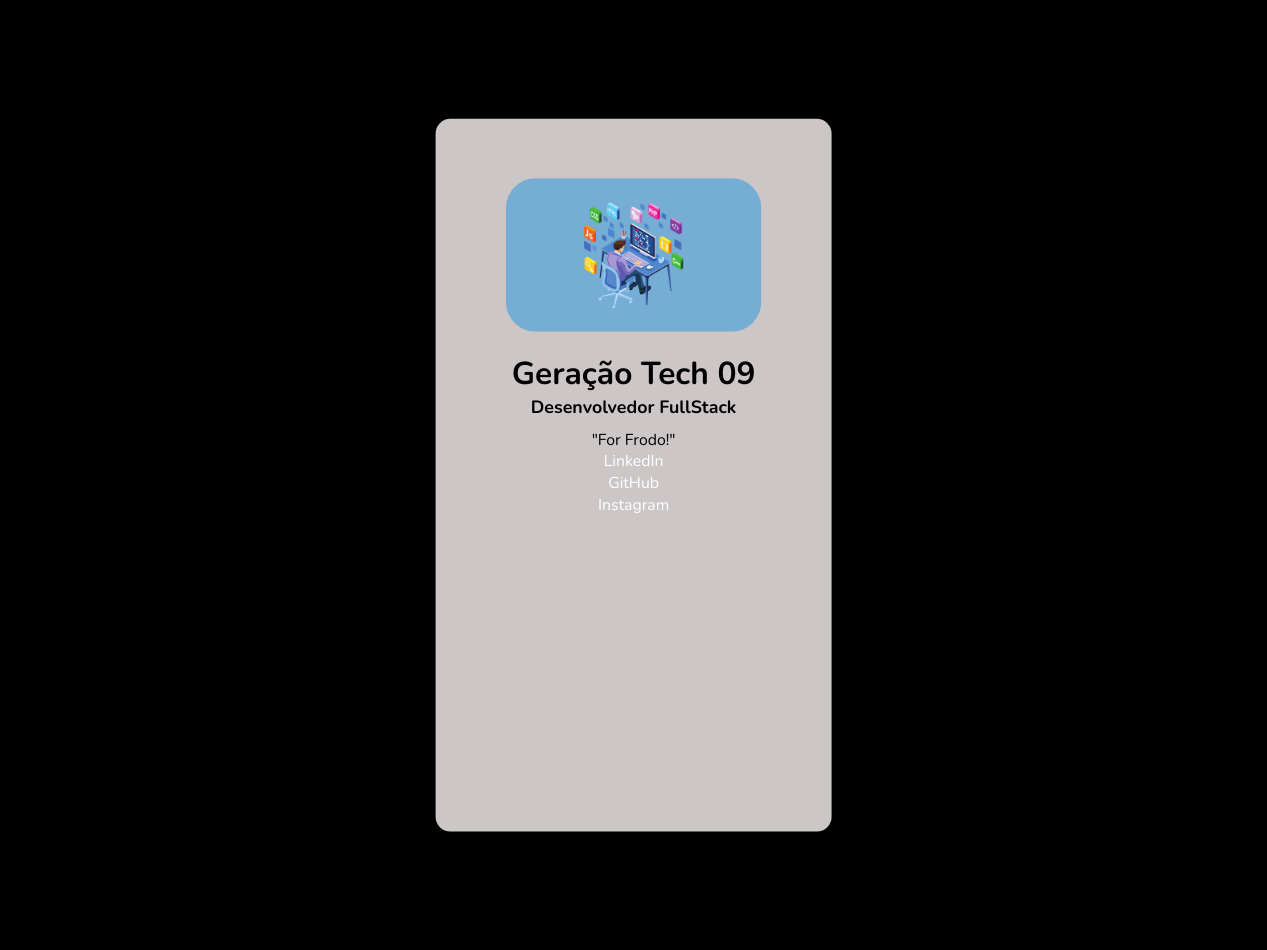
Repository: medeirosregis/linktree-gt09
Page: index.html
These files come from the project's save history. The page is drawn as it stood at one moment and after a run of saves; the edit follows.
The browser window is 1280 px wide. The pictures show the whole page, at 99% of full size.

Above is the page before, as saved 2025-04-11 10:12:09.

### index.html
<!DOCTYPE html>
<html lang="pt-br">
<head>
    <meta charset="UTF-8">
    <meta name="viewport" content="width=device-width, initial-scale=1.0">
    <title>Linktree</title>
    <link rel="stylesheet" href="style.css">
    <link rel="preconnect" href="https://fonts.googleapis.com">
    <link rel="preconnect" href="https://fonts.gstatic.com" crossorigin>
    <link href="https://fonts.googleapis.com/css2?family=Nunito:ital,wght@0,200..1000;1,200..1000&display=swap" rel="stylesheet">

</head>
<body>
    <div class="container-main">
        <div class="container-image">

            <img src="./assets/freelance-work-7308505_1280.png" alt="image-profile"/>
        <div class="container-infos">
            <h1>Geração Tech 09</h1>
            <h2>Desenvolvedor FullStack</h2>
        </div>
        <div class="container-easter-egg">
            <p>"For Frodo!"</p>
        </div>
        <div class="container-social">
            <ul>
                <a href="https://www.linkedin.com/login/pt" target="_blank">
                <li>LinkedIn</li></a>
                <a href="https://github.com/medeirosregis" target="_blank">
                <li>GitHub</li></a>
                <a href="https://instagram.com/" target="_blank">
                <li>Instagram</li></a>
            </ul>
        </div>
    </div>
</body>
</html>

### style.css
*{
    font-family: "Nunito", sans-serif;
    margin: 0;
    padding: 0;
    box-sizing: border-box;

}

body {
    background-color:rgb(0, 0, 0);
}

.container-main {
    background-color: #ccc6c6;
    width: 400px;
    height: 720px;
    box-sizing: border-box;
    margin: 120px auto;
    padding: 60px 70px;
    border-radius: 15px;
    text-align: center;
}

.container-image {
    margin: 0;

    & img {
        width: 258px;
        border-radius: 30px;
    }
}
.container-infos {
    margin-top: 15px;
    margin-bottom: 10px;
}
.container-infos h1 {
    font-weight: 700px;
}
.container-infos h2 {
    font-weight: 600px;
    font-size: 18px;
}
.container-social ul {
    list-style-type: none;
}
.container-social a {
    text-decoration: none;
    color: white;
}
.container-social
.container-social li {
    width: 272px;
    height: 30px;
    background-color: blue;
    margin: 15px 0;
    padding: 8px 0;
    border-radius: 20px;
    font-weight: 700;
}

After the next 5 saves:
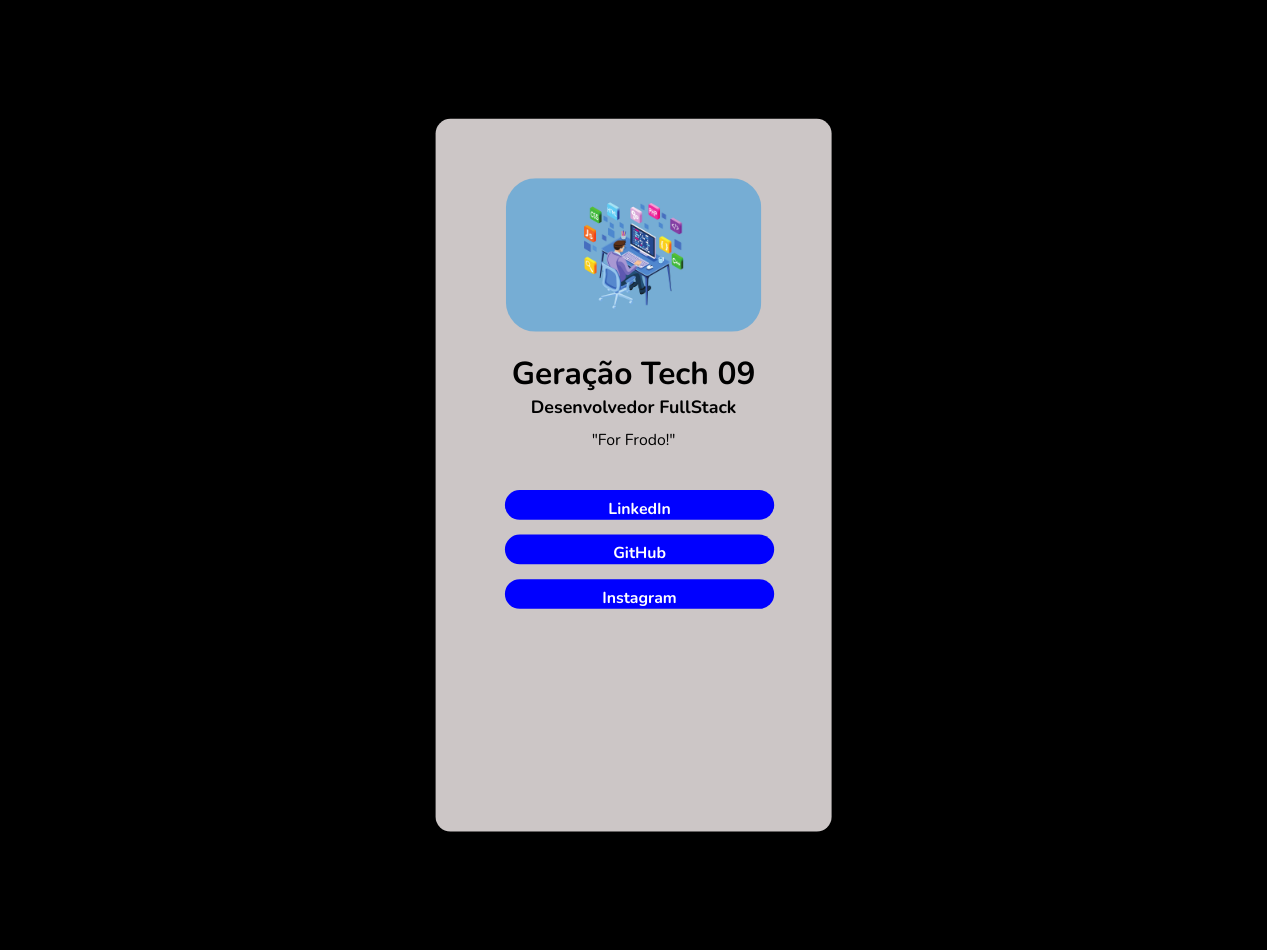
The 5 saves are shown as one change because they came seconds apart.
The last was saved 14 s later.
--- a/style.css
+++ b/style.css
@@ -47,7 +47,9 @@
     text-decoration: none;
     color: white;
 }
-.container-social
+.container-social {
+    margin-top: 40px;
+}
 .container-social li {
     width: 272px;
     height: 30px;
